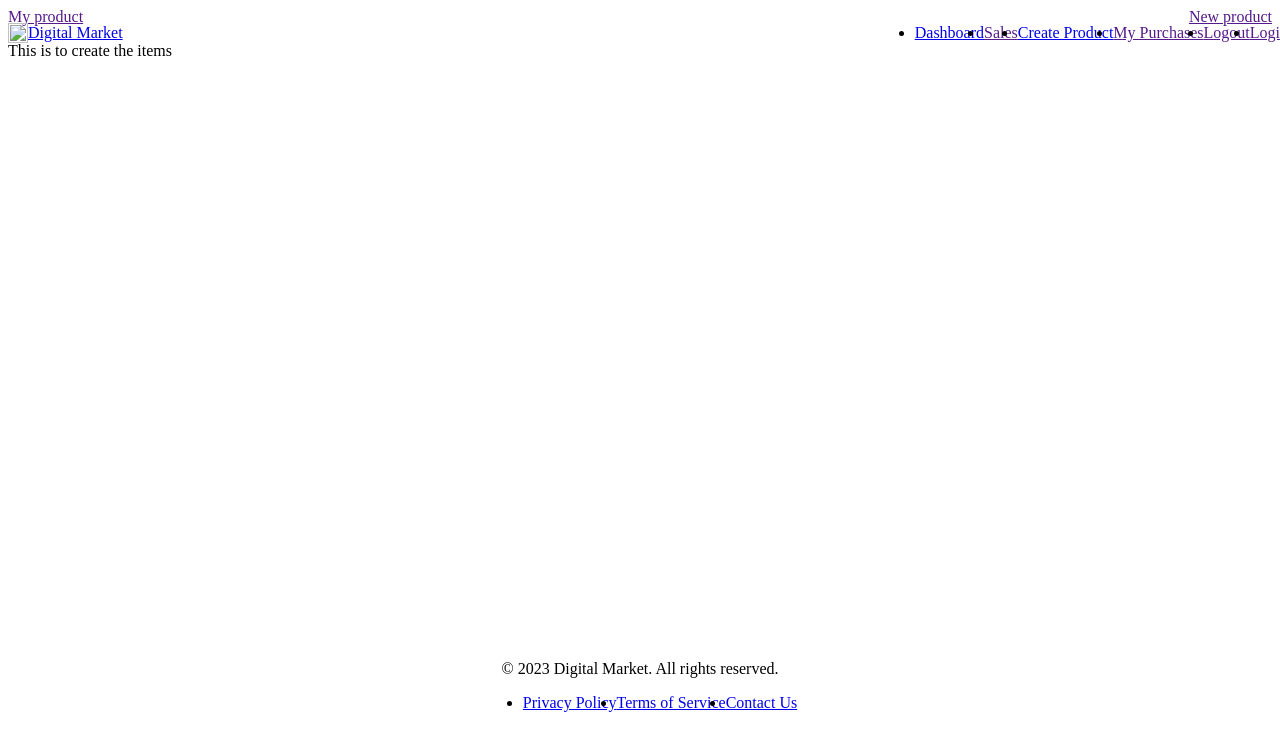
Repository: Zedestar/DigitalMarket_django
Page: http://localhost/dashboard/
These files come from the project's save history. The page is drawn as it stood at one moment and after the next save; the edit follows.
The browser window is 1280 px wide. The pictures show the whole page.
The page is served by the project's application, run on Django 5.2 (manage.py). Style sheets and scripts are compiled from the project's sources, by tool versions that may differ from the author's. The page reads the database file committed with the project.

Above is the page before, as saved 2025-03-28 13:12:46.

After the next save:
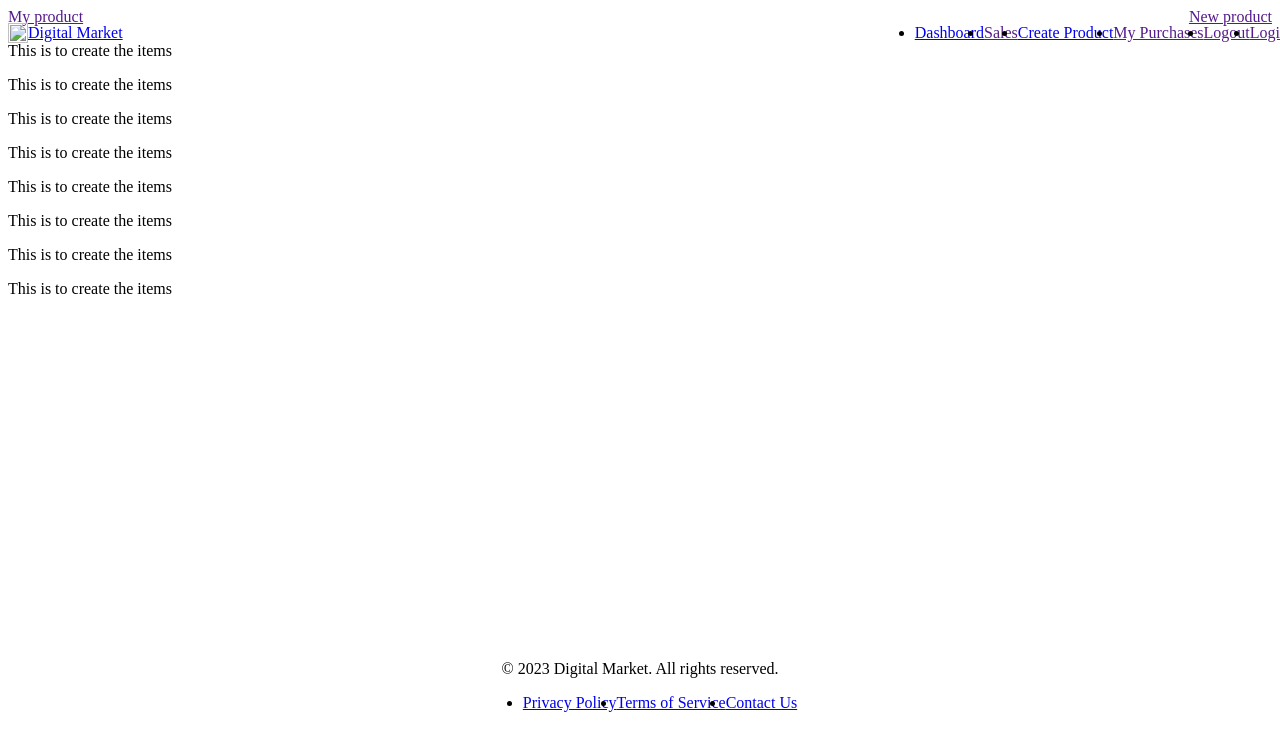
Saved 3 h 5 min later.
--- a/myapp/templates/myapp/dashboard.html
+++ b/myapp/templates/myapp/dashboard.html
@@ -9,6 +9,6 @@
         </div>
     </div>
     <div class="m-5">
-        <p>This is to create the items</p>
+        {% for product in products %}<p>This is to create the items</p>{% endfor %}
     </div>
 {% endblock body %}
